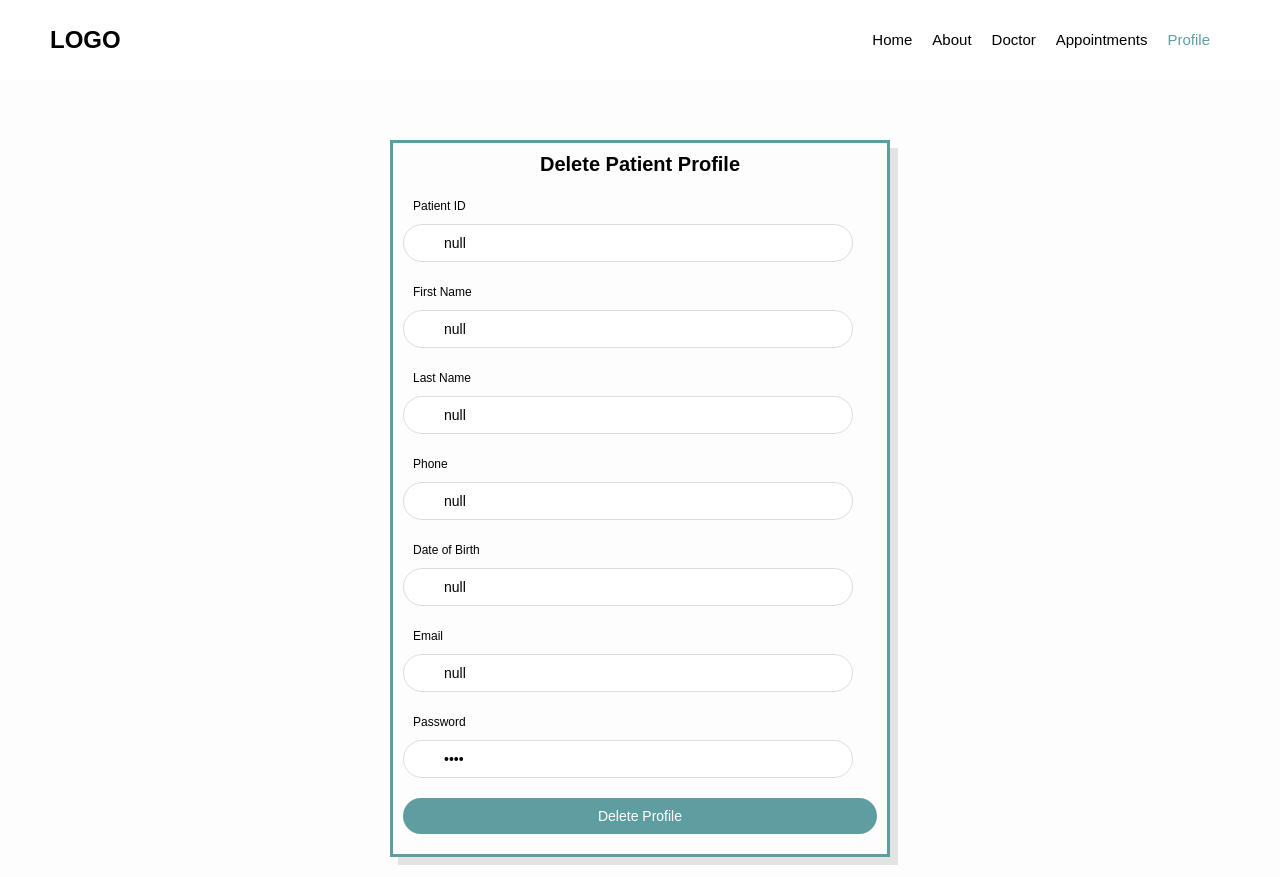
Repository: MonaliWatareka/echanneling
Page: http://localhost/PatientDemo/patientAccountDelete.jsp
An editor plug-in stored every save of this project. The page is shown before and after the next save, followed by the edit.
The browser window is 1280 px wide. The pictures show the whole page.
The page is served by Tomcat 10. Other server files are loaded and not shown.

Above is the page before, as saved 2024-10-13 04:13:29.

### Project/PatientDemo/src/main/webapp/patientAccountDelete.jsp
<%@ page language="java" contentType="text/html; charset=UTF-8"
    pageEncoding="UTF-8"%>
<!DOCTYPE html>
<html lang="en">
<head>
    <meta charset="UTF-8">
    <meta name="viewport" content="width=device-width, initial-scale=1.0">
    <title>Delete Patient Profile</title>
   <link rel="stylesheet" href="${pageContext.request.contextPath}/css/login.css">

</head>
<body>

    <!-- Navigation Bar -->
    <div class="nav">
        <div class="nav-logo">
            <p>LOGO</p>
        </div>
        <div class="nav-menu">
            <ul>
                <li><a href="home.html" class="link">Home</a></li>
                <li><a href="#" class="link">About</a></li>
                <li><a href="#" class="link">Doctor</a></li>
                <li><a href="#" class="link ">Appointments</a></li>
                 <li><a href="#" class="link active">Profile</a></li>
            </ul>
        </div>
    </div>


    <%
    	String id=request.getParameter("id");
    	String fname=request.getParameter("fname");
    	String lname=request.getParameter("lname");
    	String phone=request.getParameter("phone");
    	String dob=request.getParameter("dob");
    	String email=request.getParameter("email");
    	String password=request.getParameter("password");

    %>

    <div class="wrapper">

            <div class="form-box">
                <div class="form-container">
                    <header>Delete Patient Profile</header>
                    <form action="PatientDeleteAccServlet" method="post">
                        <div class="input-box">
                            <label>Patient ID</label>
                            <input type="text" class="input-field" name="patientID" value="<%=id %>" readonly>
                        </div>

                        <div class="input-box">
                            <label>First Name</label>
                            <input type="text" class="input-field" name="patientFName" value="<%=fname %>" readonly>
                        </div>

                        <div class="input-box">
                            <label>Last Name</label>
                            <input type="text" class="input-field" name="patientLName" value="<%=lname %>" readonly>
                        </div>

                        <div class="input-box">
                            <label>Phone</label>
                            <input type="text" class="input-field" name="patientPhone" value="<%=phone %>" readonly>
                        </div>

                        <div class="input-box">
                            <label>Date of Birth</label>
                            <input type="text" class="input-field" name="patientDOB" value="<%=dob %>" readonly>
                        </div>

                        <div class="input-box">
                            <label>Email</label>
                            <input type="email" class="input-field" name="patientEmail" value="<%=email %>" readonly>
                        </div>

                        <div class="input-box">
                            <label>Password</label>
                            <input type="password" class="input-field" name="patientPassword" value="<%=password %>" readonly>
                        </div>

                        <div class="input-box">
                            <input type="submit" class="submit" value="Delete Profile">
                        </div>




                            </form>
                        </div>

                </div>
            </div>
</body>
</html>

### Project/PatientDemo/src/main/webapp/css/login.css

* {
    margin: 0;
    padding: 0;
    box-sizing: border-box;
    font-family: 'Arial', sans-serif;
}

body {

    background-color: #fdfdfd;
    display: flex;
    flex-direction: column;
    justify-content: flex-start;
    align-items: center;
    height: 100vh;
}

/* Navigation Bar */
.nav {
    width: 100%;
    height: 80px;
    background:rgb(255, 255, 255);
    display: flex;
    justify-content: space-between;
    align-items: center;
    padding: 0 50px;
    position: fixed;
    top: 0;
    left: 0;
    z-index: 100;
}

.nav-logo p {
    color: #000000;
    font-size: 24px;
    font-weight: bold;
}

.nav-menu ul {
    list-style: none;
    display: flex;
}

.nav-menu ul li {
    margin-right: 20px;
}

.nav-menu ul li a {
    color: #000000;
    text-decoration: none;
    font-size: 15px;
    transition: color 0.3s ease;
}

.nav-menu ul li a:hover,
.nav-menu ul li a.active {
    color:cadetblue;
}

.nav-button .btn {
    background-color: cadetblue;
    color: #fff;
    padding: 10px 20px;
    border: none;
    cursor: pointer;
    border-radius: 30px;
    transition: background-color 0.3s ease;
}

.nav-button .btn:hover {
    background-color: lightblue;
}

/* Wrapper and Form Styles */
.wrapper {

    width: 90%;
    max-width: 400px;
    padding: 20px;
    border: none;
    position: relative;
    margin-top: 120px;
    display: flex;
    justify-content: center;
    align-items: center;
    flex-direction: column;

}

.form-box {
    width: 500px;
    position: relative;

}

header {
    font-size: 20px;
    margin-top: 10px;
    font-weight: bold;
    margin-bottom: 20px;
    text-align: center;
}
label{
    font-size: 12px;
    margin-left: 10px;

}
.input-box {
    position: relative;

    margin-bottom: 20px;
}

.input-box i {
    position: absolute;
    left: 10px;
    top: 20px;
    color: #888;
}

.input-field {
    width: 95%;
    margin-top: 10px;
    padding: 10px 40px;
    border: 1px solid #ddd;
    border-radius: 25px;
    font-size: 14px;
}

.submit {
    width: 100%;
    padding: 10px;
    background-color: cadetblue;
    color: #fff;
    border: none;
    border-radius: 25px;
    cursor: pointer;
    font-size: 14px;
    transition: background-color 0.3s ease;
}

.submit:hover {
    background-color: lightblue;
}

.login-container,
.register-container {
    display: none;
    position: absolute;
    width: 100%;
    border: cadetblue solid;
    border-radius: 25px;
    padding: 20px;
    box-shadow: 8px 8px rgba(0, 0, 0, 0.1);

}
.form-container{

    width: 100%;
    max-width: 500px;
    margin: 0 auto;
    border: cadetblue solid;

    padding: 20px;
    box-shadow: 8px 8px rgba(0, 0, 0, 0.1);
    display: flex;
    flex-direction: column;
    padding: 0 10px;

}


.login-container.active,
.register-container.active {
    display: block;

}
.input-box select.input-field {
    padding: 10px 40px;
    -webkit-appearance: none; /* Remove default dropdown arrow appearance in WebKit browsers */
    -moz-appearance: none; /* Remove default dropdown arrow appearance in Mozilla browsers */
    appearance: none; /* Remove default dropdown arrow appearance in all browsers */
}
span {

    font-size: 20px;
    display: block;
    margin-bottom: 20px;
    text-align: center;
}

span a {
    color: cadetblue;
    cursor: pointer;
    text-decoration: none;
}

span a:hover {
    text-decoration: underline;
}

@media (max-width: 768px) {
    .nav {
        padding: 0 20px; /* Reduced padding for smaller screens */
        height: 60px; /* Adjusted height */
    }

    .nav-logo p {
        font-size: 20px; /* Smaller font size for logo */
    }

    .nav-menu ul li {
        margin-right: 10px; /* Reduced margin for menu items */
    }

    .nav-menu ul li a {
        font-size: 10px; /* Smaller font size for links */
    }

    .wrapper {
        width: 90%;
        margin-top: 100px; /* Adjust margin to fit screen */
    }

    header {
        font-size: 24px; /* Smaller font size for header */
    }

    .input-field {
        font-size: 14px; /* Smaller font size for input fields */
    }

    .submit {
        font-size: 14px; /* Smaller font size for submit button */
    }

    span {
        font-size: 15x; /* Smaller font size for span */
    }
}

@media (max-width: 480px) {
    .nav {
        padding: 0 10px; /* Further reduced padding for very small screens */
        height: 50px; /* Adjusted height */
    }

    .nav-logo p {
        font-size: 18px; /* Even smaller font size for logo */
    }

    .nav-menu ul li {
        margin-right: 5px; /* Further reduced margin for menu items */
    }

    .nav-menu ul li a {
        font-size: 8px; /* Even smaller font size for links */
    }

    .wrapper {
        margin-top: 80px; /* Further adjusted margin */
    }

    header {
        font-size: 20px; /* Smaller font size for header */
    }

    .input-field {
        font-size: 12px; /* Smaller font size for input fields */
    }

    .submit {
        font-size: 12px; /* Smaller font size for submit button */
    }

    span {
        font-size: 18px; /* Smaller font size for span */
    }
}

After the next save:
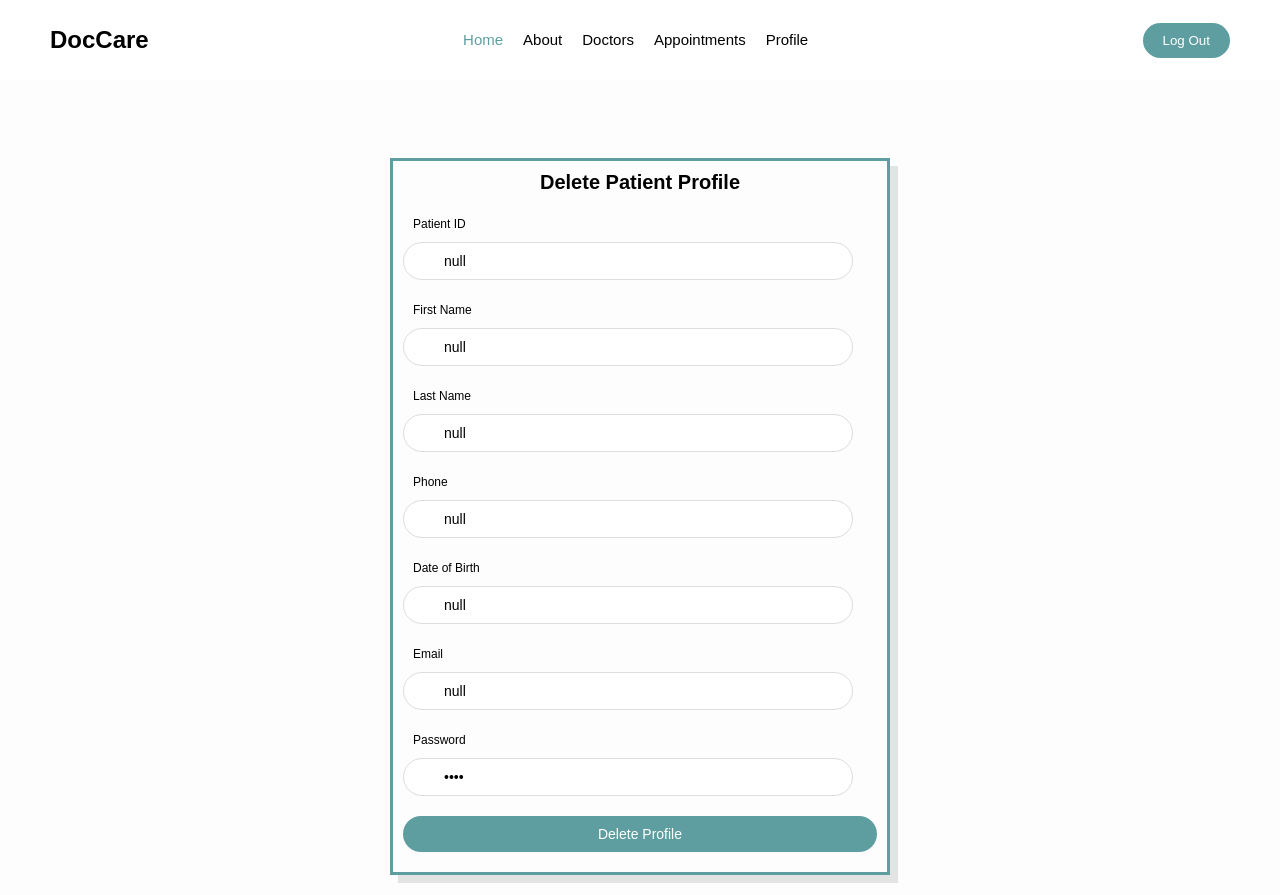
Saved 25 s later.
--- a/Project/PatientDemo/src/main/webapp/patientAccountDelete.jsp
+++ b/Project/PatientDemo/src/main/webapp/patientAccountDelete.jsp
@@ -11,20 +11,25 @@
 </head>
 <body>
 
-    <!-- Navigation Bar -->
+    <<!-- Navigation Bar -->
     <div class="nav">
         <div class="nav-logo">
-            <p>LOGO</p>
+            <p>DocCare</p>
         </div>
         <div class="nav-menu">
             <ul>
-                <li><a href="home.html" class="link">Home</a></li>
-                <li><a href="#" class="link">About</a></li>
-                <li><a href="#" class="link">Doctor</a></li>
-                <li><a href="#" class="link ">Appointments</a></li>
-                 <li><a href="#" class="link active">Profile</a></li>
+                <li><a href="Home.jsp" class="link active" >Home</a></li>
+                    <li><a href="About.jsp" class="link ">About</a></li>
+                    <li><a href="AvailabilityDisplayServlet" class="link ">Doctors</a></li>
+                    <li><a href="#" class="link ">Appointments</a></li>
+                    <li><a href="PatientAccServlet" class="link ">Profile</a></li>
             </ul>
         </div>
+        <div class="nav-button">
+                    <form action="logoutServlet" method="get">
+                        <button type="submit" class="btn">Log Out</button>
+                    </form>
+                </div>
     </div>
 
 
